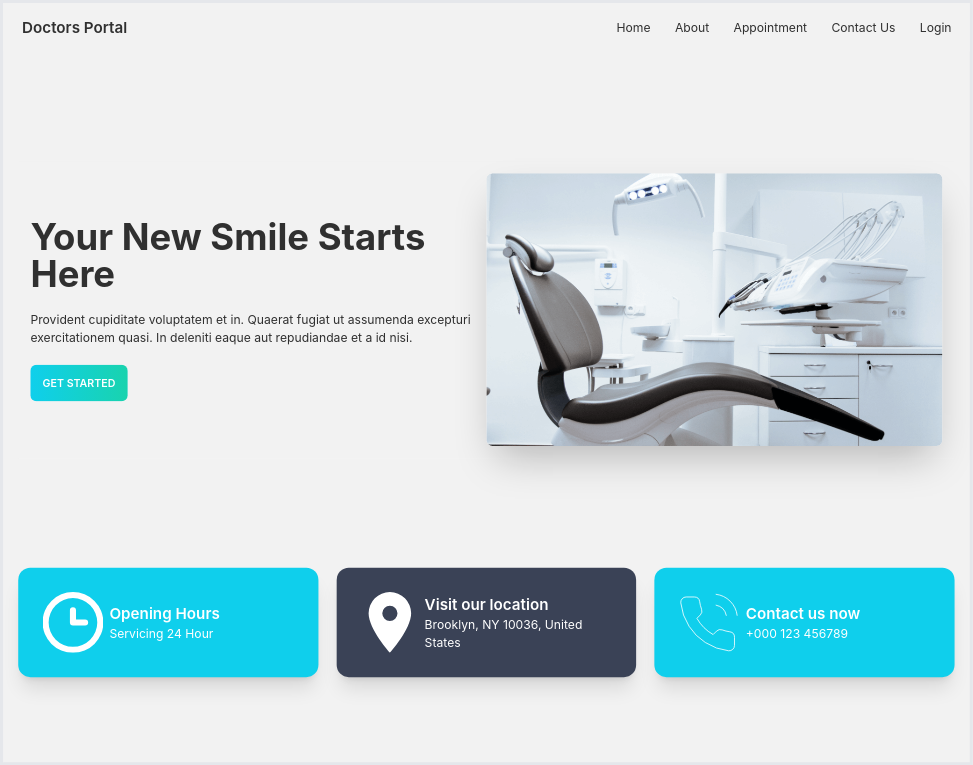
Repository: Samad77/Doctorportal-Client
Page: /
An editor plug-in stored every save of this project. The page is shown before and after the next save, followed by the edit.
The browser window is 1280 px wide. The pictures show the whole page, at 76% of full size.
The project was rebuilt for these pictures with package versions that can differ from the ones it lists, and the page was loaded fresh each time. Also part of the build but not shown: src/Pages/Login/Login.js.

Above is the page before, as saved 2022-11-12 12:39:46.

### src/App.js
import logo from './logo.svg';
import './App.css';
import {RouterProvider} from 'react-router-dom'
import router from './Layout/Routes/Routes';
import Cards from './Pages/Home/Cards/Cards';
function App() {
  return (
    <div className="App max-w-[1440px] mx-auto border-4">
      <RouterProvider router={router}>

      </RouterProvider>
    </div>
  );
}

export default App;

### src/Layout/Routes/Routes.js
import { createBrowserRouter } from "react-router-dom";
import Home from "../../Pages/Home/Home";
import Login from "../../Pages/Login/Login";
import Main from "../Main/Main";

const router = createBrowserRouter([
    {path : "/",
    element : <Main></Main>,
    children : [
        {path : '/', element : <Home></Home>,},
        {path: '/home', element : <Home></Home>},
        {path: '/login', element : <Login></Login>},
    ]
    }
])

export default router;

### src/Pages/Home/Cards/Cards.js
import React from 'react';
import img1 from '../../../assets/icons/clock.svg'
import img2 from '../../../assets/icons/marker.svg'
import img3 from '../../../assets/icons/phone.svg'
import img4 from '../../../assets/icons/quote.svg'

const Cards = () => {
    return (
        <section className='grid grid-cols-1 gap-6 md:grid-cols-2 lg:grid-cols-3 my-28'>
            <div className="card  bg-primary text-white shadow-xl">
                <div className="card-body flex flex-col items-center  lg:flex-row">
                    <div className=''>
                        <img src={img1} alt="" className='w-20 h-20'/>
                    </div>
                    <div className='text-left'>
                        <h2 className="card-title">Opening Hours</h2>
                        <p>Servicing 24 Hour</p>
                    </div>

                </div>
            </div>

            <div className="card  bg-neutral text-white shadow-xl">
                <div className="card-body flex flex-col items-center  lg:flex-row">
                    <div className=''>
                        <img src={img2} alt="" className='w-20 h-20'/>
                    </div>
                    <div className='text-left'>
                        <h2 className="card-title">Visit our location</h2>
                        <p>Brooklyn, NY 10036, United States</p>
                    </div>

                </div>
            </div>

            <div className="card  bg-primary text-white shadow-xl">
                <div className="card-body flex flex-col items-center  lg:flex-row">
                    <div className=''>
                        <img src={img3} alt="" className='w-20 h-20'/>
                    </div>
                    <div className='text-left'>
                        <h2 className="card-title">Contact us now</h2>
                        <p>+000 123 456789</p>
                    </div>

                </div>
            </div>
        </section>
    );
};

export default Cards;

### src/Pages/Home/Home.js
import React from 'react';
import Banner from './Banner/Banner';
import Cards from './Cards/Cards';

const Home = () => {
    return (
        <div className='mx-5'>
            <Banner></Banner>
            <Cards></Cards>
        </div>
    );
};

export default Home;

### src/Layout/Main/Main.js
import React from 'react';
import Footer from '../../Pages/Shared/Footer/Footer';
import Navbar from '../../Pages/Shared/Navbar/Navbar';
import {Outlet} from 'react-router-dom'
const Main = () => {
    return (
        <div>
            <Navbar></Navbar>
                <Outlet></Outlet>
            <Footer></Footer>
        </div>
    );
};

export default Main;

### src/Pages/Home/Banner/Banner.js
import React from 'react';
import img1 from '../../../assets/images/chair.png'
const Banner = () => {
    return (
        <div className="hero bg-base-100 my-36">
            <div className="hero-content flex-col lg:flex-row-reverse">
                <img src={img1} className="w-1/2 rounded-lg shadow-2xl" />
                <div className='text-left'>
                <h1 className="text-5xl font-bold">Your New Smile Starts Here</h1>
                <p className="py-6">Provident cupiditate voluptatem et in. Quaerat fugiat ut assumenda excepturi exercitationem quasi. In deleniti eaque aut repudiandae et a id nisi.</p>
                <button className="btn btn-primary border-0 bg-gradient-to-r from-primary to-secondary text-white">Get Started</button>
                </div>
            </div>
        </div>
    );
};

export default Banner;

### src/Pages/Shared/Navbar/Navbar.js
import React from 'react';
import {Link} from 'react-router-dom'
const Navbar = () => {

    const menuItems =

    <React.Fragment>
        <li><Link to="/home">Home</Link></li>
        <li><Link to="/about">About</Link></li>
        <li><Link to="/appointment">Appointment</Link></li>
        <li><Link to="/contact">Contact Us</Link></li>
        <li><Link to="/login">Login</Link></li>
    </React.Fragment>

    return (
        <div className="navbar bg-base-100 flex justify-between">
  <div className="navbar-start">
    <div className="dropdown">
      <label tabIndex={0} className="btn btn-ghost lg:hidden">
        <svg xmlns="http://www.w3.org/2000/svg" className="h-5 w-5" fill="none" viewBox="0 0 24 24" stroke="currentColor"><path strokeLinecap="round" strokeLinejoin="round" strokeWidth="2" d="M4 6h16M4 12h8m-8 6h16" /></svg>
      </label>
      <ul tabIndex={0} className="menu menu-compact dropdown-content mt-3 p-2 shadow rounded-box w-52">
            {menuItems}
      </ul>
    </div>
    <Link to='/' className="btn btn-ghost normal-case text-xl">Doctors Portal</Link>
  </div>
  <div className="navbar-center hidden lg:flex">
    <ul className="menu menu-horizontal p-0">
        {menuItems}
    </ul>
  </div>

</div>
    );
};

export default Navbar;

### tailwind.config.js
/** @type {import('tailwindcss').Config} */
module.exports = {
  content: ["./src/**/*.{js,jsx,ts,tsx}"],
  theme: {
    extend: {},
  },
  daisyui : {
    themes : [

    {
      doctorThemes: {

primary: "#0FCFEC",

secondary: "#19D3AE",

neutral: "#3A4256",

"base-100": "#F2F2F2",

      },
    },
  ]
  },
  plugins: [require("daisyui")],
}

### src/Pages/Home/Services/Services.js
import React from 'react';
import img1 from '../../../assets/images/fluoride.png'
import img2 from '../../../assets/images/cavity.png'
import img3 from '../../../assets/images/whitening.png'
const Services = () => {
    const allServices = [
        {
            img : img1,
            name : "Fluoride Treatment",
            about : "Lorem Ipsum is simply dummy printing and typesetting indust Ipsum has been the"
        },
        {
            img : img2,
            name : "Cavity Filling",
            about : "Lorem Ipsum is simply dummy printing and typesetting indust Ipsum has been the"
        },
        {
            img : img3,
            name : "Teeth Whitening",
            about : "Lorem Ipsum is simply dummy printing and typesetting indust Ipsum has been the"
        },
    ]
    return (
        <div>
            {
                allServices.map( service => <Service key={service.name} service={service}></Service>)
            }
        </div>
    );
};

const Service = ({service}) => {
    return (
        // <div className="card  bg-primary text-white shadow-xl">
        //     <div className="card-body flex flex-col items-center  lg:flex-row">
        //         <div className=''>
        //             <img src={img1} alt="" className='w-20 h-20'/>
        //         </div>
        //         <div className='text-left'>
        //             <h2 className="card-title">Opening Hours</h2>
        //             <p>Servicing 24 Hour</p>
        //         </div>
        //     </div>
        // </div>

        <div className="card w-96 bg-base-100 shadow-xl">
            <div className="card-body">
                <h2 className="card-title">Card title!</h2>
                <p>If a dog chews shoes whose shoes does he choose?</p>
                <div className="card-actions justify-end">
                <button className="btn btn-primary">Buy Now</button>
                </div>
            </div>
        </div>
    )
}
export default Services;

Loaded but not shown: public/index.html (common file); src/index.js (common file); src/index.css (common file); src/reportWebVitals.js (common file); src/App.css (common file); src/Pages/Shared/Footer/Footer.js (common file)

After the next save:
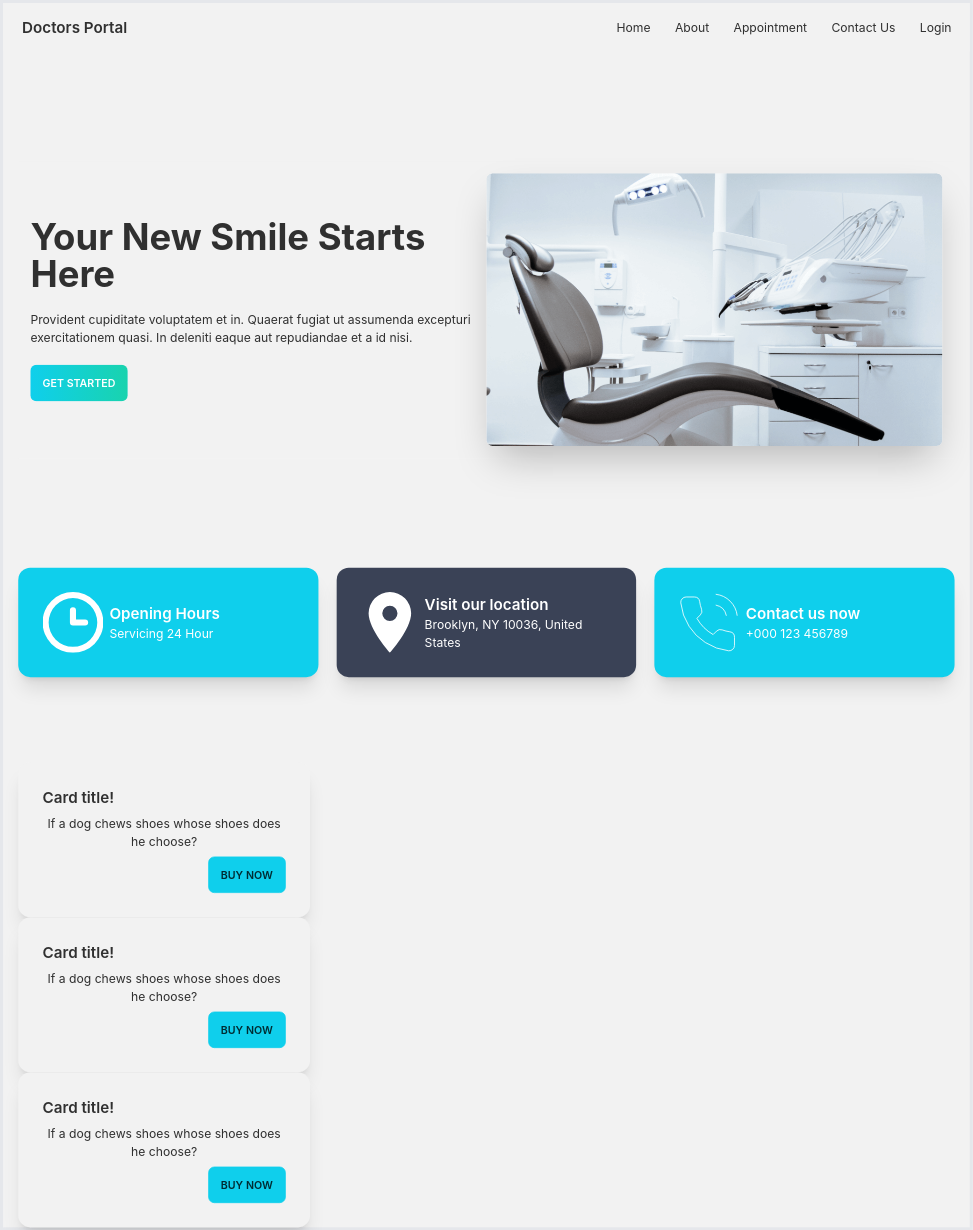
Saved 45 s later.
--- a/src/Pages/Home/Home.js
+++ b/src/Pages/Home/Home.js
@@ -1,12 +1,14 @@
 import React from 'react';
 import Banner from './Banner/Banner';
 import Cards from './Cards/Cards';
+import Services from './Services/Services';
 
 const Home = () => {
     return (
         <div className='mx-5'>
             <Banner></Banner>
             <Cards></Cards>
+            <Services></Services>
         </div>
     );
 };
